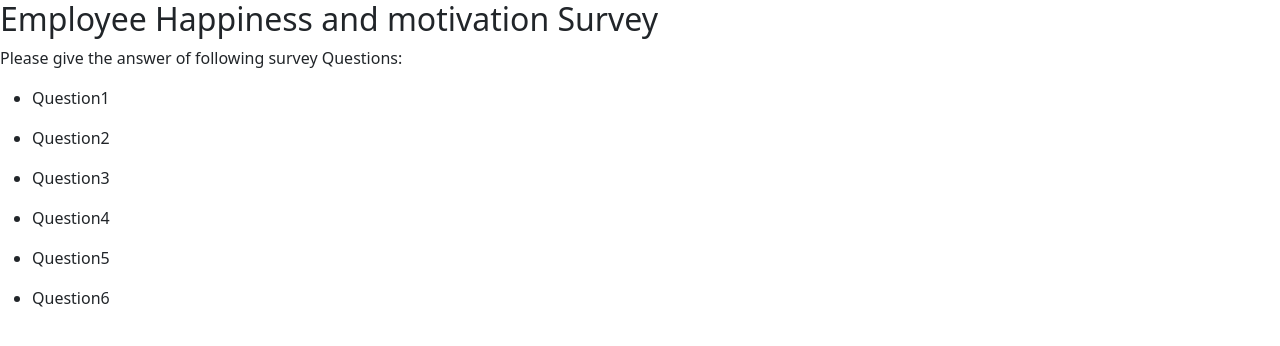
Repository: Itsjeet007y1/WeAce
Page: / (app in we-ace-frontend/)
The author's editor kept a copy of each file at every save. The page is drawn from the files as they stood at one save, then again after the next save.
The browser window is 1280 px wide. The pictures show the whole page.
The project was rebuilt for these pictures with package versions that can differ from the ones it lists, and the page was loaded fresh each time. Also part of the build but not shown: we-ace-frontend/angular.json.

Above is the page before, as saved 2023-02-02 21:53:52.

### we-ace-frontend/src/index.html
<!doctype html>
<html lang="en">
<head>
  <meta charset="utf-8">
  <title>WeAceFrontend</title>
  <meta name="viewport" content="width=device-width, initial-scale=1">
  <link href="https://cdn.jsdelivr.net/npm/bootstrap@5.3.0-alpha1/dist/css/bootstrap.min.css" rel="stylesheet" integrity="sha384-GLhlTQ8iRABdZLl6O3oVMWSktQOp6b7In1Zl3/Jr59b6EGGoI1aFkw7cmDA6j6gD" crossorigin="anonymous">

  <base href="/">
  <link rel="icon" type="image/x-icon" href="favicon.ico">
</head>
<body>
  <app-root></app-root>
</body>
</html>

### we-ace-frontend/src/app/app.component.ts
import { Component } from '@angular/core';

@Component({
  selector: 'app-root',
  templateUrl: './app.component.html',
  styleUrls: ['./app.component.css']
})
export class AppComponent {
  title = 'we-ace-frontend';
}

### we-ace-frontend/src/app/survey-questions-list/survey-questions-list.component.ts
import { Component } from '@angular/core';
import { Questions } from './questions';

@Component({
  selector: 'app-survey-questions-list',
  templateUrl: './survey-questions-list.component.html',
  styleUrls: ['./survey-questions-list.component.css']
})
export class SurveyQuestionsListComponent {
  //Creating an arrya of questions
  questionList: Questions[] = [
    new Questions(1, "Question1"),
    new Questions(2, "Question2"),
    new Questions(1, "Question3"),
    new Questions(2, "Question4"),
    new Questions(1, "Question5"),
    new Questions(2, "Question6"),
  ]
}

### we-ace-frontend/src/app/app.component.html
<h2>Employee Happiness and motivation Survey</h2>
<app-survey-questions-list></app-survey-questions-list>

### we-ace-frontend/src/app/survey-questions-list/survey-questions-list.component.html
<p>Please give the answer of following survey Questions:</p>
<ul *ngFor="let ql of questionList">
    <li>{{ ql.question }}</li>
</ul>

### we-ace-frontend/src/app/survey-questions-list/questions.ts
export class Questions {
    constructor(public questionNumber: number,
                public question: String) {

                }
}

Loaded but not shown: we-ace-frontend/src/styles.css (common file); we-ace-frontend/src/main.ts (common file); we-ace-frontend/src/app/app.module.ts (common file); we-ace-frontend/src/app/app-routing.module.ts (common file); we-ace-frontend/src/app/app.component.css (no stored copy; drawn as an empty file); we-ace-frontend/src/app/survey-questions-list/survey-questions-list.component.css (no stored copy; drawn as an empty file)

After the next save:
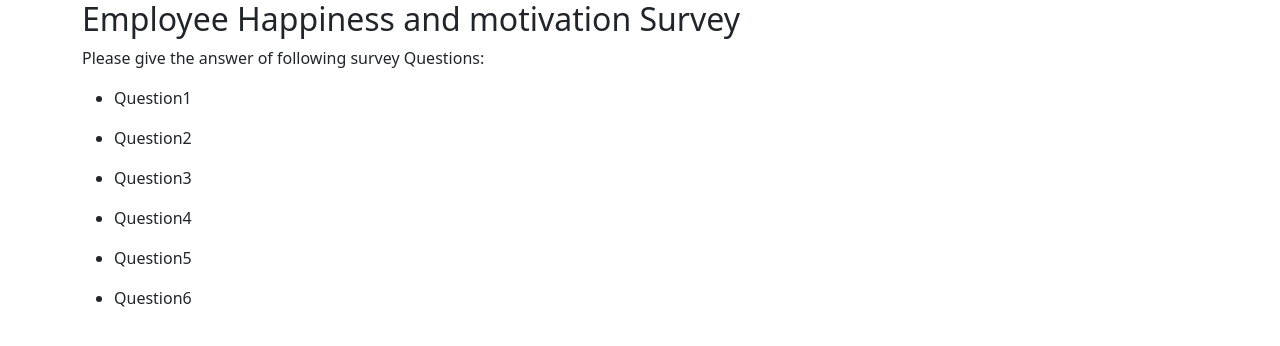
Saved 82 s later.
--- a/we-ace-frontend/src/app/app.component.html
+++ b/we-ace-frontend/src/app/app.component.html
@@ -1,2 +1,4 @@
-<h2>Employee Happiness and motivation Survey</h2>
-<app-survey-questions-list></app-survey-questions-list>
+<div class="container">
+  <h2>Employee Happiness and motivation Survey</h2>
+  <app-survey-questions-list></app-survey-questions-list>
+</div>
